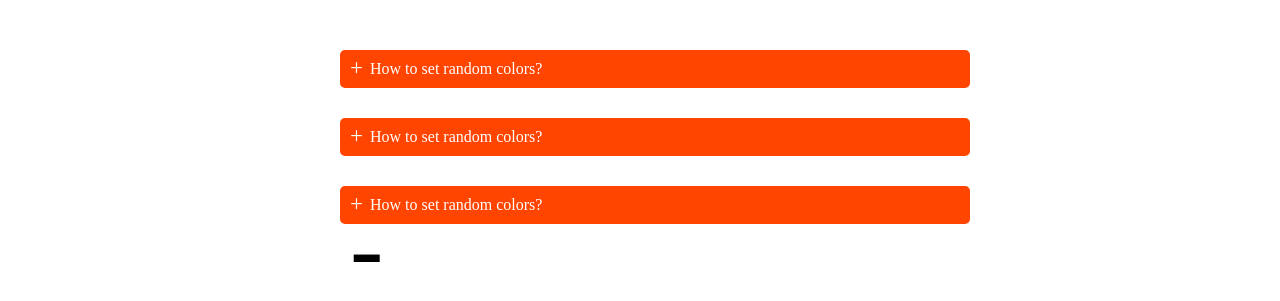
Repository: truongtn04/f8-fullstack-k5
Page: day05/ex02.html
The author's editor kept a copy of each file at every save. The page is drawn from the files as they stood at one save, then again after the next save.
The browser window is 1280 px wide. The pictures show the whole page.

Above is the page before, as saved 2023-12-04 11:28:50.

### day05/ex02.html
<!DOCTYPE html>
<html lang="en">
<head>
    <meta charset="UTF-8">
    <meta name="viewport" content="width=device-width, initial-scale=1.0">
    <title>Document</title>
    <link rel="stylesheet" href="css/ex02.css">
</head>
<body>
    <article>
        <label class ="list-content1" onclick =showText1()>
            <input type="radio" name ="text1">
            <span>How to set random colors?</span>
            <div class="text">
                <p>To set random colors: <br>
                1&#41; Add <b>fag-random-colors </b> class <br>
                2&#41; To change color, open theme &#40;num&#41; css, find "jag-fag-random-colors"<br>
                3&#41; You can change color form here <br>
                Lorem ipsum dolor sit amet consectetur adipisicing elit. Ad veniam optio eligendi ullam exercitationem modi, maxime deserunt quidem illo commodi odit ratione veritatis? Magnam, adipisci! Quod praesentium eius odit est.
                </p>
             </div>
    </label>
        <label class ="list-content2" onclick =showText2()>
            <input type="radio" name="text1" >
            <span>How to set random colors?</span>
            <div class="text">
                <p>To set random colors: <br>
                1&#41; Add <b>fag-random-colors </b> class <br>
                2&#41; To change color, open theme &#40;num&#41; css, find "jag-fag-random-colors"<br>
                3&#41; You can change color form here <br>
                Lorem ipsum dolor sit amet consectetur adipisicing elit. Ad veniam optio eligendi ullam exercitationem modi, maxime deserunt quidem illo commodi odit ratione veritatis? Magnam, adipisci! Quod praesentium eius odit est.
                </p>
             </div>
        </label>
        <label class ="list-content3" onclick =showText3()>
            <input type="radio" name="text1" >
            <span>How to set random colors?</span>
            <div class="text">
                <p>To set random colors: <br>
                1&#41; Add <b>fag-random-colors </b> class <br>
                2&#41; To change color, open theme &#40;num&#41; css, find "jag-fag-random-colors"<br>
                3&#41; You can change color form here <br>
                Lorem ipsum dolor sit amet consectetur adipisicing elit. Ad veniam optio eligendi ullam exercitationem modi, maxime deserunt quidem illo commodi odit ratione veritatis? Magnam, adipisci! Quod praesentium eius odit est.
                </p>
             </div>
        </label>
    </article>
    <script>
        var list1 = document.querySelector('.list-content1');
        var list2 = document.querySelector('.list-content2');
        var list3 = document.querySelector('.list-content3');
        function showText1(){
            list1.classList.add('bonus');
            list2.classList.remove('bonus');
            list3.classList.remove('bonus');
        }
        function showText2(){
            list1.classList.remove('bonus');
            list2.classList.add('bonus');
            list3.classList.remove('bonus');
        }
        function showText3(){
            list1.classList.remove('bonus');
            list2.classList.remove('bonus');
            list3.classList.add('bonus');
        }
    </script>
</body>
</html>

### day05/css/ex02.css
body{
    margin: 50px 50px;
}
label{
    background-color: orangered;
}
article{
    width: 600px;
    margin: 0 auto;
}
input{
    display: none;
}
label{
    width: 600px;
    display: block;
    padding: 10px 0 10px 0;
    margin-bottom: 30px;
    border-radius: 5px;
    position: relative;
    padding-left: 30px;
    color: white;
}
label::before{
    content:'+';
    position: absolute;
    font-size: 23px;
    top: 5px;
    left: 10px;
}
label::after{
    content:'-';
    position: absolute;
    font-size: 100px;
    color: black;
    top: 5px;
    left: 10px;
}
.text{
    display: none;
    position: absolute;

}
input[type ="radio"]:checked ~ .text{
    display: block;
}
.bonus{
    margin-bottom: 150px;
}

After the next save:
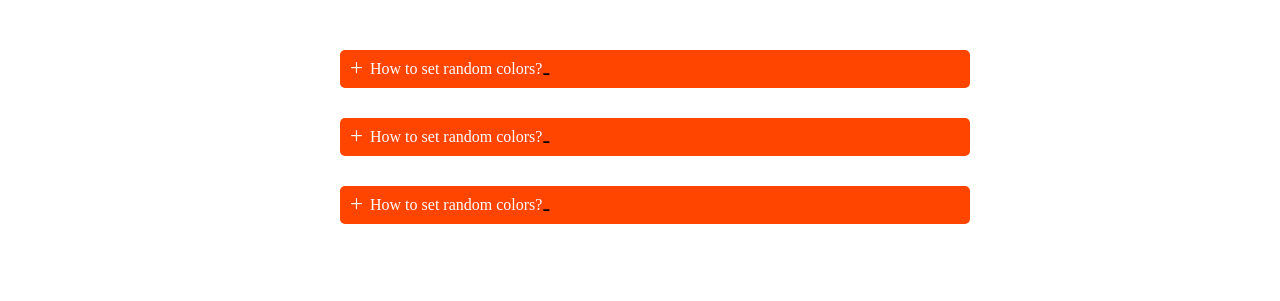
Saved 20 s later.
--- a/day05/css/ex02.css
+++ b/day05/css/ex02.css
@@ -31,10 +31,9 @@ label::before{
 label::after{
     content:'-';
     position: absolute;
-    font-size: 100px;
+    font-size: 23px;
     color: black;
-    top: 5px;
-    left: 10px;
+
 }
 .text{
     display: none;
